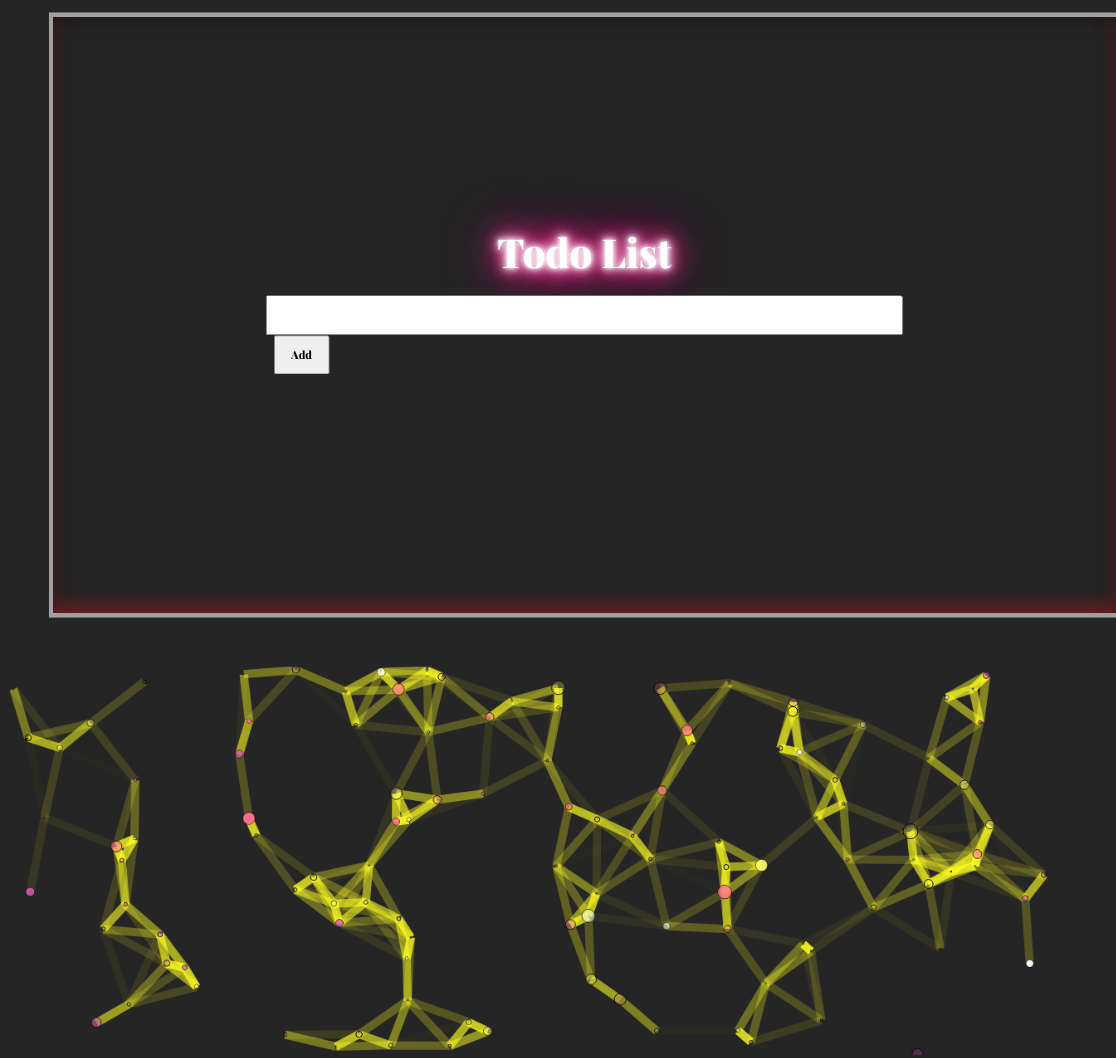
Repository: TENSAEA/----todo
Page: index.html
An editor plug-in stored every save of this project. The page is shown before and after the next save, followed by the edit.
The browser window is 1280 px wide. The page is 1344 px wide, so the pictures cover 1344 px, including what lies to the right of the window. The pictures show the whole page, at 83% of full size.
Some web fonts or font styles are not loaded; a fallback is used.

Above is the page before, as saved 2023-10-25 14:51:27.

After the next save:
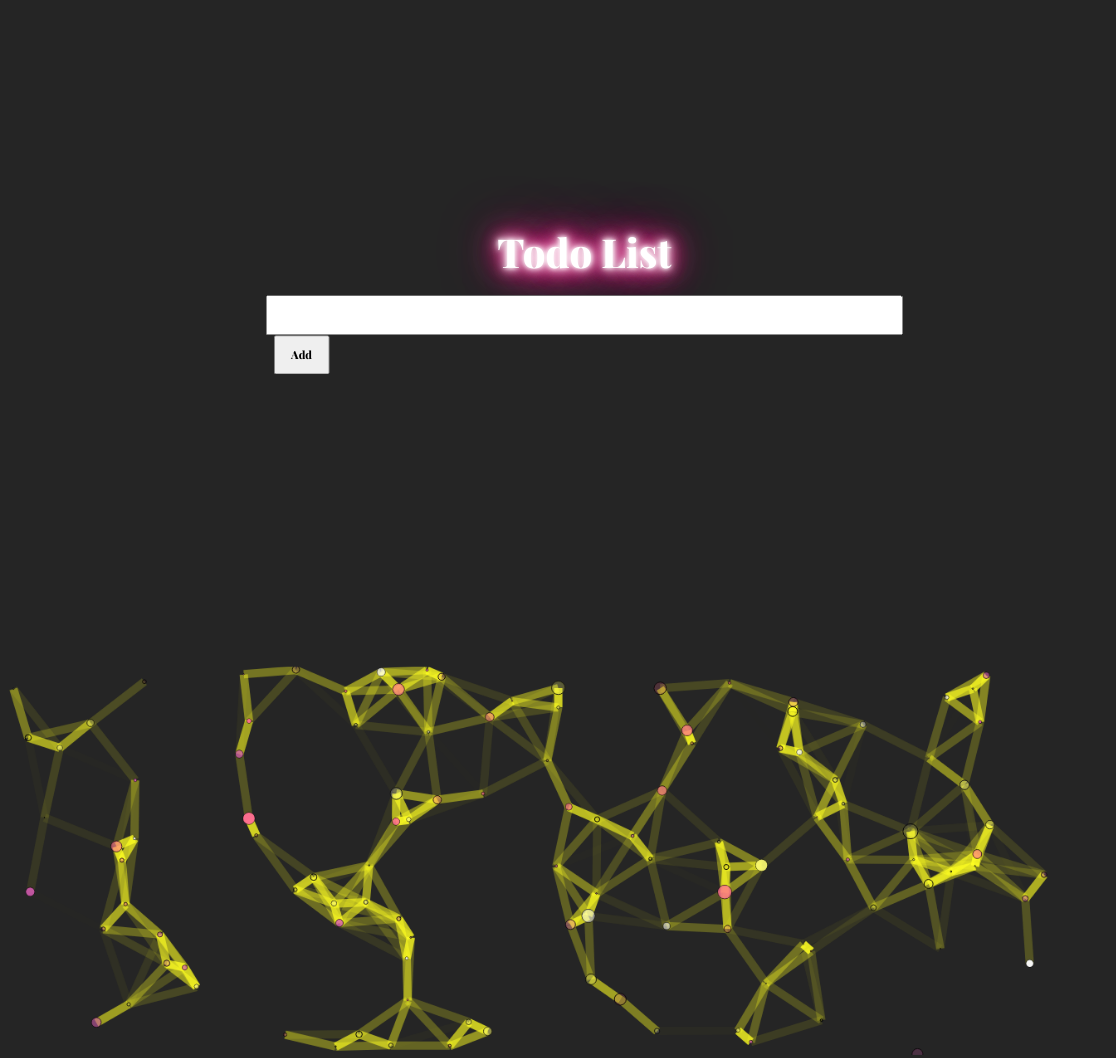
Saved 41 s later.
--- a/style.css
+++ b/style.css
@@ -21,8 +21,8 @@ body{
 }
 
 .container{
-    -webkit-box-shadow: 0px 0px 0px 5px #A0A0A0, inset 0px 10px 27px -8px #141414, inset 0px -10px 27px -8px #A31925, 5px 5px 15px 5px rgba(0,0,0,0);
-box-shadow: 0px 0px 0px 5px #A0A0A0, inset 0px 10px 27px -8px #141414, inset 0px -10px 27px -8px #A31925, 5px 5px 15px 5px rgba(0,0,0,0);
+    /* -webkit-box-shadow: 0px 0px 0px 5px #A0A0A0, inset 0px 10px 27px -8px #141414, inset 0px -10px 27px -8px #A31925, 5px 5px 15px 5px rgba(0,0,0,0);  */
+/* box-shadow: 0px 0px 0px 5px #A0A0A0, inset 0px 10px 27px -8px #141414, inset 0px -10px 27px -8px #A31925, 5px 5px 15px 5px rgba(0,0,0,0); */
     display: flex;
     flex-direction: column;
     padding: 20%;
